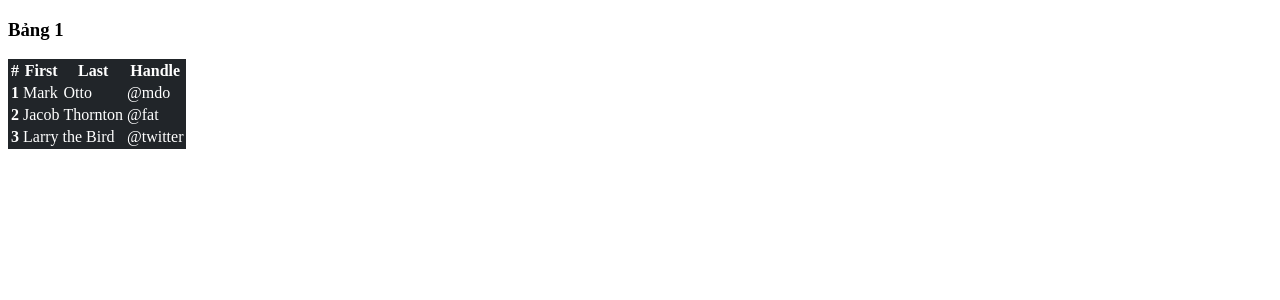
Repository: ThuatDev/BTVN_FE_JUNE
Page: index.html
An editor plug-in stored every save of this project. The page is shown before and after the next save, followed by the edit.
The browser window is 1280 px wide. The pictures show the whole page.

Above is the page before, as saved 2023-08-02 15:17:59.

### index.html
<!DOCTYPE html>
<html lang="en">
  <head>
    <meta charset="UTF-8" />
    <meta name="viewport" content="width=device-width, initial-scale=1.0" />
    <!-- <link
      href="https://cdn.jsdelivr.net/npm/bootstrap@5.0.2/dist/css/bootstrap.min.css"
      rel="stylesheet"
    /> -->
    <title>Document</title>
    <style>
      .bg-dark {
        background-color: #212529;
      }
      .text-white {
        color: #fff;
      }
    </style>
  </head>
  <body>
    <h3>Bảng 1</h3>
    <table class="table text-white table-bordered bg-dark">
      <thead>
        <tr>
          <th scope="col">#</th>
          <th scope="col">First</th>
          <th scope="col">Last</th>
          <th scope="col">Handle</th>
        </tr>
      </thead>
      <tbody>
        <tr>
          <th scope="row">1</th>
          <td>Mark</td>
          <td>Otto</td>
          <td>@mdo</td>
        </tr>
        <tr>
          <th scope="row">2</th>
          <td>Jacob</td>
          <td>Thornton</td>
          <td>@fat</td>
        </tr>
        <tr>
          <th scope="row">3</th>
          <td colspan="2">Larry the Bird</td>
          <td>@twitter</td>
        </tr>
      </tbody>
    </table>
  </body>
</html>

After the next save:
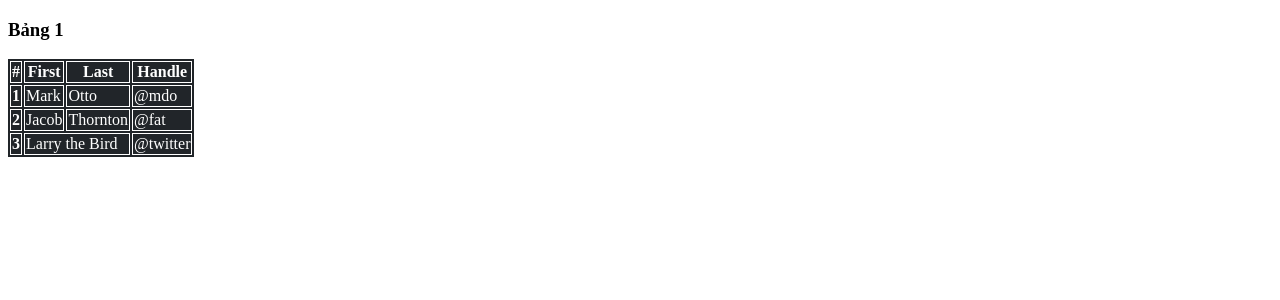
Saved 20 s later.
--- a/index.html
+++ b/index.html
@@ -14,6 +14,10 @@
       }
       .text-white {
         color: #fff;
+      }
+      .table th,
+      .table td {
+        border: 1px solid #fff;
       }
     </style>
   </head>
